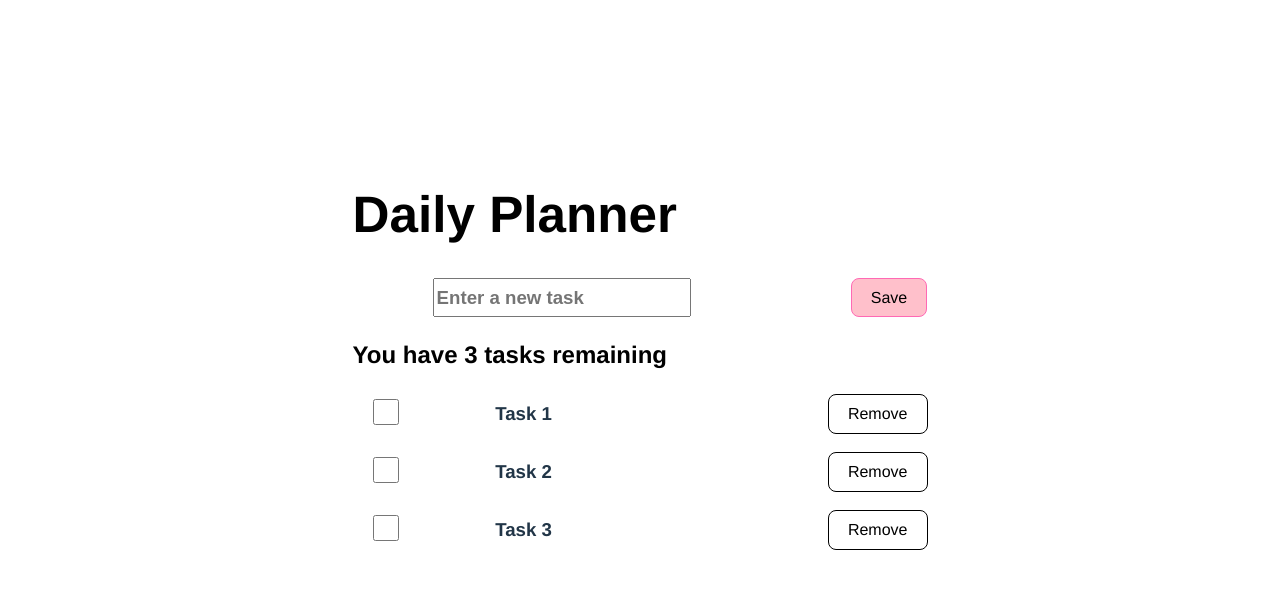
Repository: MonicaNguyenH/Frontend_Assignment6
Page: / (app in react/)
An editor plug-in stored every save of this project. The page is shown before and after the next save, followed by the edit.
The browser window is 1280 px wide. The pictures show the whole page.
The project was rebuilt for these pictures with package versions that can differ from the ones it lists, and the page was loaded fresh each time. Also part of the build but not shown: react/vite.config.js.

Above is the page before, as saved 2024-10-11 01:18:01.

### react/src/App.jsx
// import { useState } from 'react'
import { useState } from 'react';
import './App.css'
import Task from './components/Task'
import TaskForm from './components/TaskForm';

function App() {
  const [task, setTask] = useState([
    { id: 1, name: "Task 1", completed: false },
    { id: 2, name: "Task 2", completed: false },
    { id: 3, name: "Task 3", completed: false }
  ]);

  const addTask = (newTask) => {
    setTask([...task, {...newTask, completed: false}]); // add task incompleted by default
  };

  const toggleComplete = (taskId) => {
    const updatedTasks = task.map(task =>
      task.id === taskId ? { ...task, completed: !task.completed } : task // toggle task completed status
    );
    setTask(updatedTasks); // update the state with the new task list
  };

  const removeTask = (taskId) => {
    const updatedTasks = task.filter(task => task.id !== taskId);
    setTask(updatedTasks); // update the state without the removed task
  };

  // count remaining task
  const remainingTask = task.filter(task => !task.completed).length;

  return (
    <>
      <div className="main">
        <h1 className="header">Daily Planner</h1>
        <div>
          <TaskForm addTask={addTask} /> {/* Pass addTask to TaskForm */}
          <h2 className="counting">You have {remainingTask} task{remainingTask !== 1 ? 's' : ''} remaining</h2> {/* count remaining (more than 1 have 's') */}
          {task.map((task) => (
            <Task
              key={task.id}
              name={task.name}
              completed={task.completed}
              toggleComplete={toggleComplete}
              removeTask={() => removeTask(task.id)}
            />
          ))}
        </div>
      </div>
    </>
  )
}

export default App

### react/src/App.css
#root {
  max-width: 1280px;
  margin: 0 auto;
  padding: 2rem;
  text-align: center;

  font-family: Helvetica, sans-serif;
}

.main {

}

.header {
  color: black;
  text-align: left;
}

.counting {
  color: black;
  text-align: left;
}

/* TaskForm  */
.formContainer {
  width: 100%;
  display: flex;
  flex-direction: row;
  justify-content: center;
}

.btn-save {
  background-color: pink;
  border-radius: 15;
  border: 1px solid hotpink;
}

.btn-save:hover {
  background-color: hotpink;
  border: 1px solid pink;
}


.task {
  display: flex;
  flex-direction: row;
  align-items: center;
  margin: 1em;

  width: 100%;
  min-width: 20em;
}

[id^="checkbox-"] {
  margin-right: 1rem;
  width: 2em;
  height: 2rem;
  accent-color: pink;
}

#task-name {
  margin: 0 10rem 0 5rem;
  font-weight: bold;
  font-size: 14pt;
  text-align: left;
  min-width: 30%;
}

.task-delete {
  border: 1px solid black;
  background-color: white;
  border-radius: 15;
  cursor: pointer;
}

.task-delete:hover {
  border: 1px solid pink;
}

### react/src/components/Task.jsx
import { useState, useEffect, useRef } from "react";

export default function Task({name, toggleComplete, id, completed, removeTask}){

    // check box section
    // Ref for the checkbox and task name elements
    const checkboxRef = useRef(null);
    const taskNameRef = useRef(null);

    useEffect(() => {
        const checkbox = checkboxRef.current;
        const crossText = taskNameRef.current;

        if (checkbox&&crossText) {
            const handleCheckBoxChange = () => {
                toggleComplete(id); // call toggleComplete function passed from the parent to update task completion status
                if(checkbox.checked) {
                    crossText.style.textDecoration = "line-through";
                } else {
                    crossText.style.textDecoration = "none";
                }
            };

            checkbox.addEventListener("change", handleCheckBoxChange);

            // cleanup listener
            return () => {
                checkbox.removeEventListener("change", handleCheckBoxChange);
            };

        }
    }, [toggleComplete, id]);

    // remove button section
    const [visible, setVisible] = useState(true);

    // const removeTask = () => {
    //     setVisible(false);
    // };

    if (!visible) {
        return null;
    }

    return (
        <>
            <div className="task">
                <label htmlFor="checkbox">
                    <input
                        type="checkbox"
                        id={`checkbox-${id}`}
                        ref={checkboxRef}
                        checked={completed} // current taks status based on completion
                        onChange={() => toggleComplete(id)}
                    />
                </label>
                <p id="task-name" ref={taskNameRef}>{name}</p>
                <button
                    className="task-delete"
                    onClick={removeTask}>
                        Remove
                </button>
            </div>

        </>
    );
}

### react/src/components/TaskForm.jsx
import { useState } from "react";
import { nanoid } from 'nanoid';

// const taskTemplate = {
//     name: 'new task'
// };

export default function TaskForm({addTask}) {
    const [taskName, setTaskName] = useState(''); // state for the task input
    const [editing, setEditing] = useState(false); // editing task

    // form submission
    const handleSubmit = (e) => {
        e.preventDefault(); // the form submission will be handled by JavaScript instead of triggering a page refresh
        if (taskName.trim()) { // checks if the taskName (the text the user entered) is not an empty string after trimming whitespace
            addTask({
                id: nanoid(),
                name: taskName
            });
            setTaskName(''); // clear the input field
            //setEditing(false); // close the form after saving
        }
    }

    return (
        <>
            <form onSubmit={handleSubmit}>
                <div className="formContainer">
                    <input
                        id="task-name"
                        name="task-name"
                        type="text"
                        value={taskName}
                        onChange={(e) => setTaskName(e.target.value)}
                        placeholder="Enter a new task"
                    />
                    <div className="btn-group">
                        <button type="submit" className="btn-save">Save</button>
                    </div>
                </div>
            </form>
        </>
    )
}

Loaded but not shown: react/index.html (common file); react/src/main.jsx (common file); react/src/index.css (common file)

After the next save:
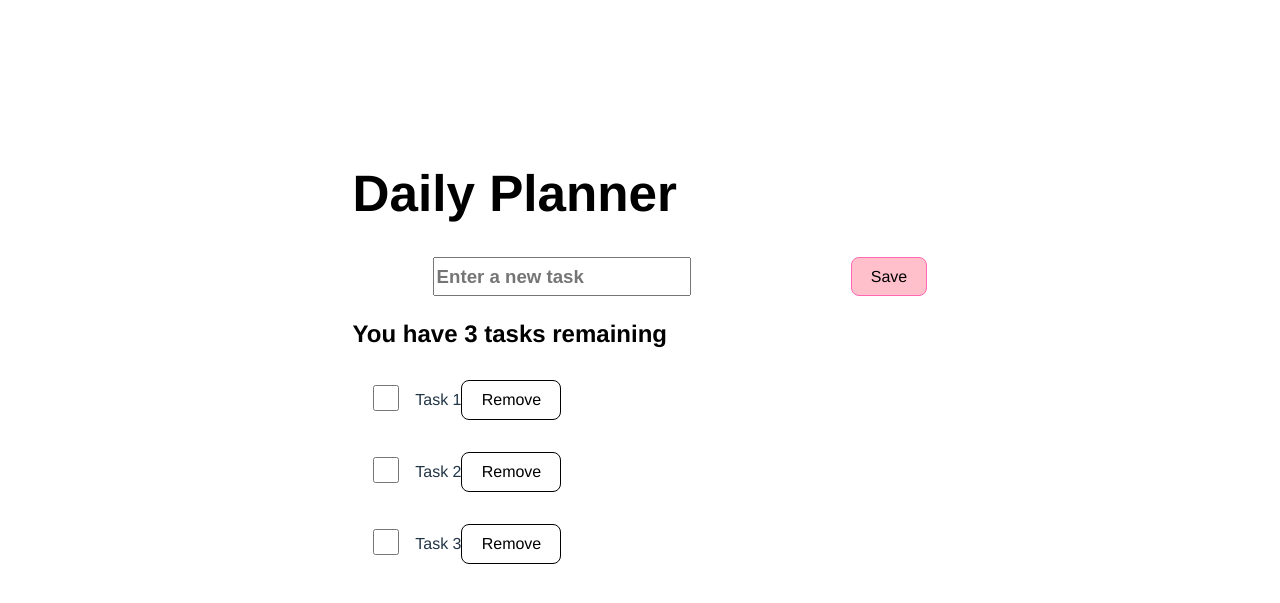
Saved 2 min 52 s later.
--- a/react/src/components/Task.jsx
+++ b/react/src/components/Task.jsx
@@ -1,67 +1,32 @@
-import { useState, useEffect, useRef } from "react";
+import React from "react";
 
-export default function Task({name, toggleComplete, id, completed, removeTask}){
-
-    // check box section
-    // Ref for the checkbox and task name elements
-    const checkboxRef = useRef(null);
-    const taskNameRef = useRef(null);
-
-    useEffect(() => {
-        const checkbox = checkboxRef.current;
-        const crossText = taskNameRef.current;
-
-        if (checkbox&&crossText) {
-            const handleCheckBoxChange = () => {
-                toggleComplete(id); // call toggleComplete function passed from the parent to update task completion status
-                if(checkbox.checked) {
-                    crossText.style.textDecoration = "line-through";
-                } else {
-                    crossText.style.textDecoration = "none";
-                }
-            };
-
-            checkbox.addEventListener("change", handleCheckBoxChange);
-
-            // cleanup listener
-            return () => {
-                checkbox.removeEventListener("change", handleCheckBoxChange);
-            };
-
-        }
-    }, [toggleComplete, id]);
-
-    // remove button section
-    const [visible, setVisible] = useState(true);
-
-    // const removeTask = () => {
-    //     setVisible(false);
-    // };
-
-    if (!visible) {
-        return null;
-    }
+export default function Task({ name, toggleComplete, id, completed, removeTask }) {
 
     return (
         <>
             <div className="task">
-                <label htmlFor="checkbox">
+                <label htmlFor={`checkbox-${id}`}>
                     <input
                         type="checkbox"
                         id={`checkbox-${id}`}
-                        ref={checkboxRef}
-                        checked={completed} // current taks status based on completion
-                        onChange={() => toggleComplete(id)}
+                        checked={completed} // current task status based on completion
+                        onChange={() => toggleComplete(id)} // toggle task completion status
                     />
                 </label>
-                <p id="task-name" ref={taskNameRef}>{name}</p>
+                {/* Apply conditional style based on completion status */}
+                <p style={{
+                    textDecoration: completed ? 'line-through' : 'none',
+                    fontWeight: completed ? 'bold' : 'normal',
+                    fontStyle: completed ? 'italic' : 'normal'
+                }}>
+                    {name}
+                </p>
                 <button
                     className="task-delete"
                     onClick={removeTask}>
-                        Remove
+                    Remove
                 </button>
             </div>
-
         </>
     );
 }

After the save that followed:
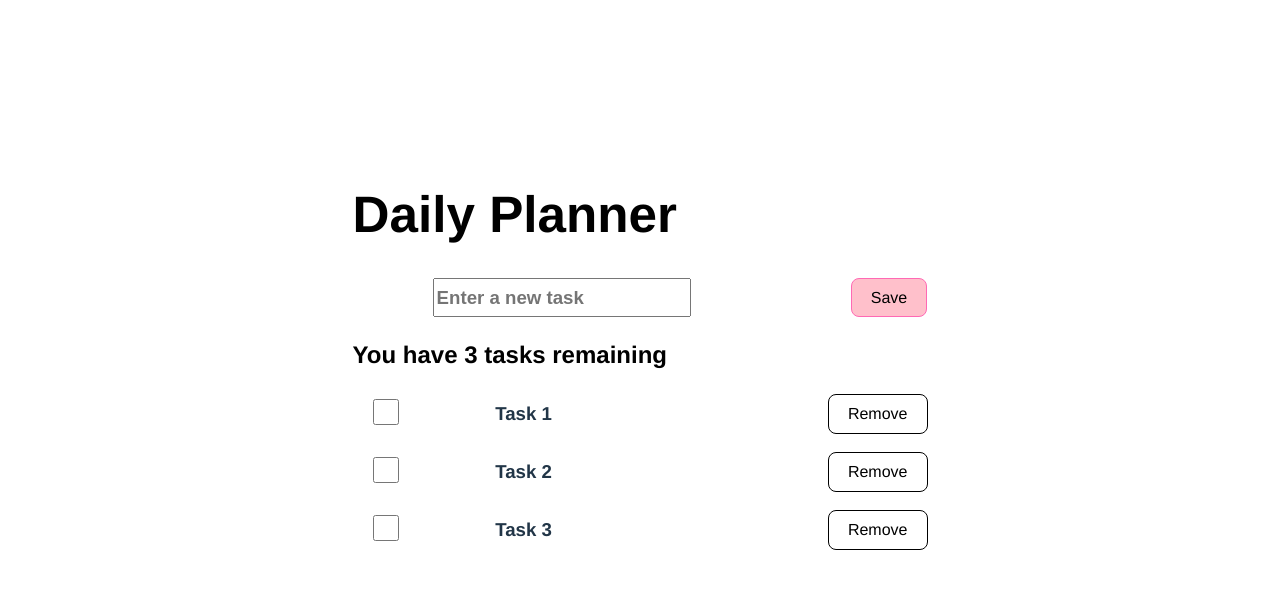
Saved 61 s later.
--- a/react/src/components/Task.jsx
+++ b/react/src/components/Task.jsx
@@ -1,32 +1,67 @@
-import React from "react";
+import { useState, useEffect, useRef } from "react";
 
-export default function Task({ name, toggleComplete, id, completed, removeTask }) {
+export default function Task({name, toggleComplete, id, completed, removeTask}){
+
+    // check box section
+    // Ref for the checkbox and task name elements
+    const checkboxRef = useRef(null);
+    const taskNameRef = useRef(null);
+
+    useEffect(() => {
+        const checkbox = checkboxRef.current;
+        const crossText = taskNameRef.current;
+
+        if (checkbox&&crossText) {
+            const handleCheckBoxChange = () => {
+                toggleComplete(id); // call toggleComplete function passed from the parent to update task completion status
+                if(checkbox.checked) {
+                    crossText.style.textDecoration = "line-through";
+                } else {
+                    crossText.style.textDecoration = "none";
+                }
+            };
+
+            checkbox.addEventListener("change", handleCheckBoxChange);
+
+            // cleanup listener
+            return () => {
+                checkbox.removeEventListener("change", handleCheckBoxChange);
+            };
+
+        }
+    }, [toggleComplete, id]);
+
+    // remove button section
+    const [visible, setVisible] = useState(true);
+
+    // const removeTask = () => {
+    //     setVisible(false);
+    // };
+
+    if (!visible) {
+        return null;
+    }
 
     return (
         <>
             <div className="task">
-                <label htmlFor={`checkbox-${id}`}>
+                <label htmlFor="checkbox">
                     <input
                         type="checkbox"
                         id={`checkbox-${id}`}
-                        checked={completed} // current task status based on completion
-                        onChange={() => toggleComplete(id)} // toggle task completion status
+                        ref={checkboxRef}
+                        checked={completed} // current taks status based on completion
+                        onChange={() => toggleComplete(id)}
                     />
                 </label>
-                {/* Apply conditional style based on completion status */}
-                <p style={{
-                    textDecoration: completed ? 'line-through' : 'none',
-                    fontWeight: completed ? 'bold' : 'normal',
-                    fontStyle: completed ? 'italic' : 'normal'
-                }}>
-                    {name}
-                </p>
+                <p id="task-name" ref={taskNameRef}>{name}</p>
                 <button
                     className="task-delete"
                     onClick={removeTask}>
-                    Remove
+                        Remove
                 </button>
             </div>
+
         </>
     );
 }
